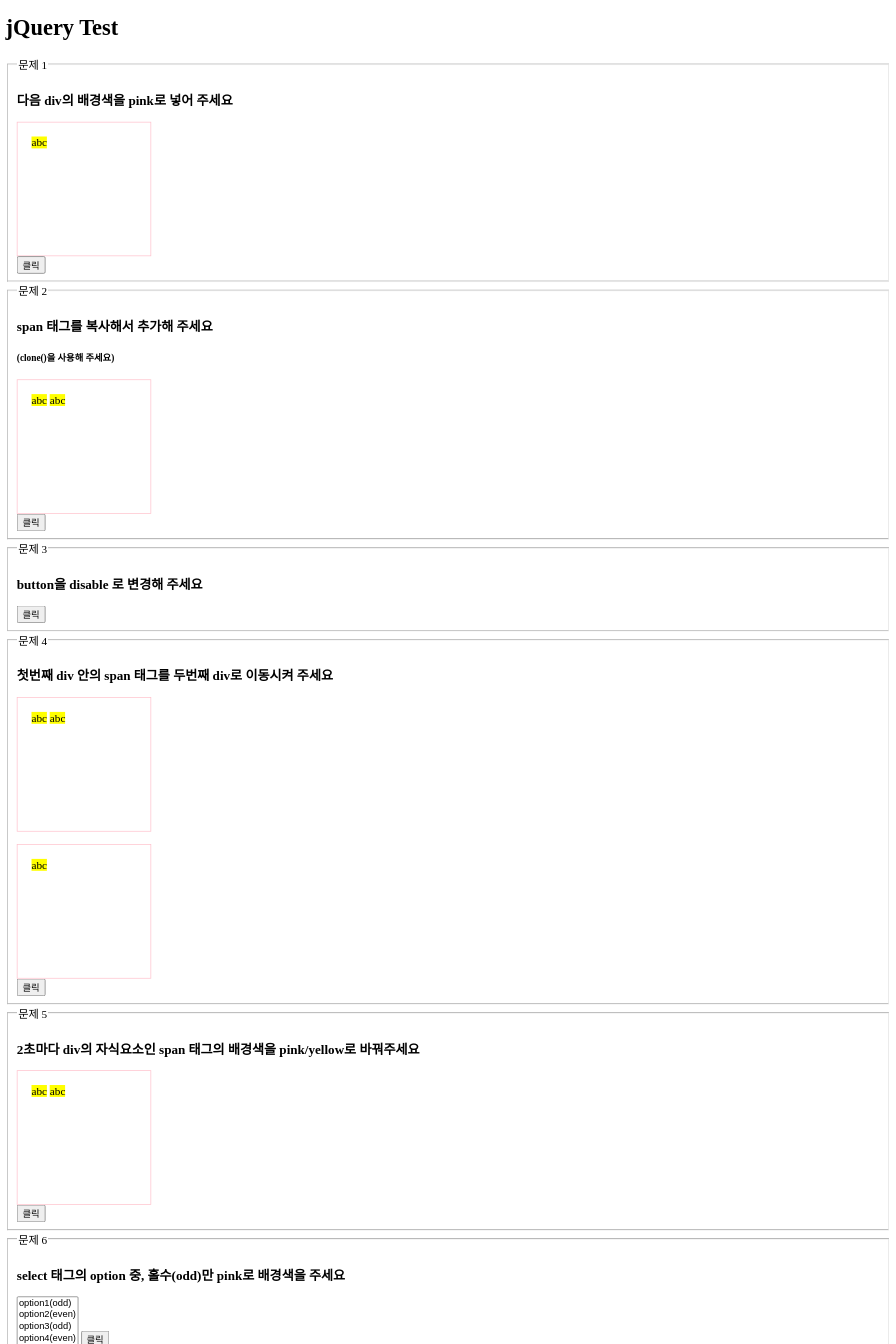
Repository: happyeon/Study_UI
Page: suyeon/WebContent/jqueryTest02.html
The author's editor kept a copy of each file at every save. The page is drawn from the files as they stood at one save, then again after the next save.
The browser window is 1280 px wide. The pictures show the part of the page from y = 0 to 1920 px (the page is 3082 px tall), at 70% of full size.
After loading, the first visible `button[onclick="test02();"]` was clicked once.
Some web libraries are served in a nearby version.

Above is the page before, as saved 2021-06-17 10:45:32.

After the next save:
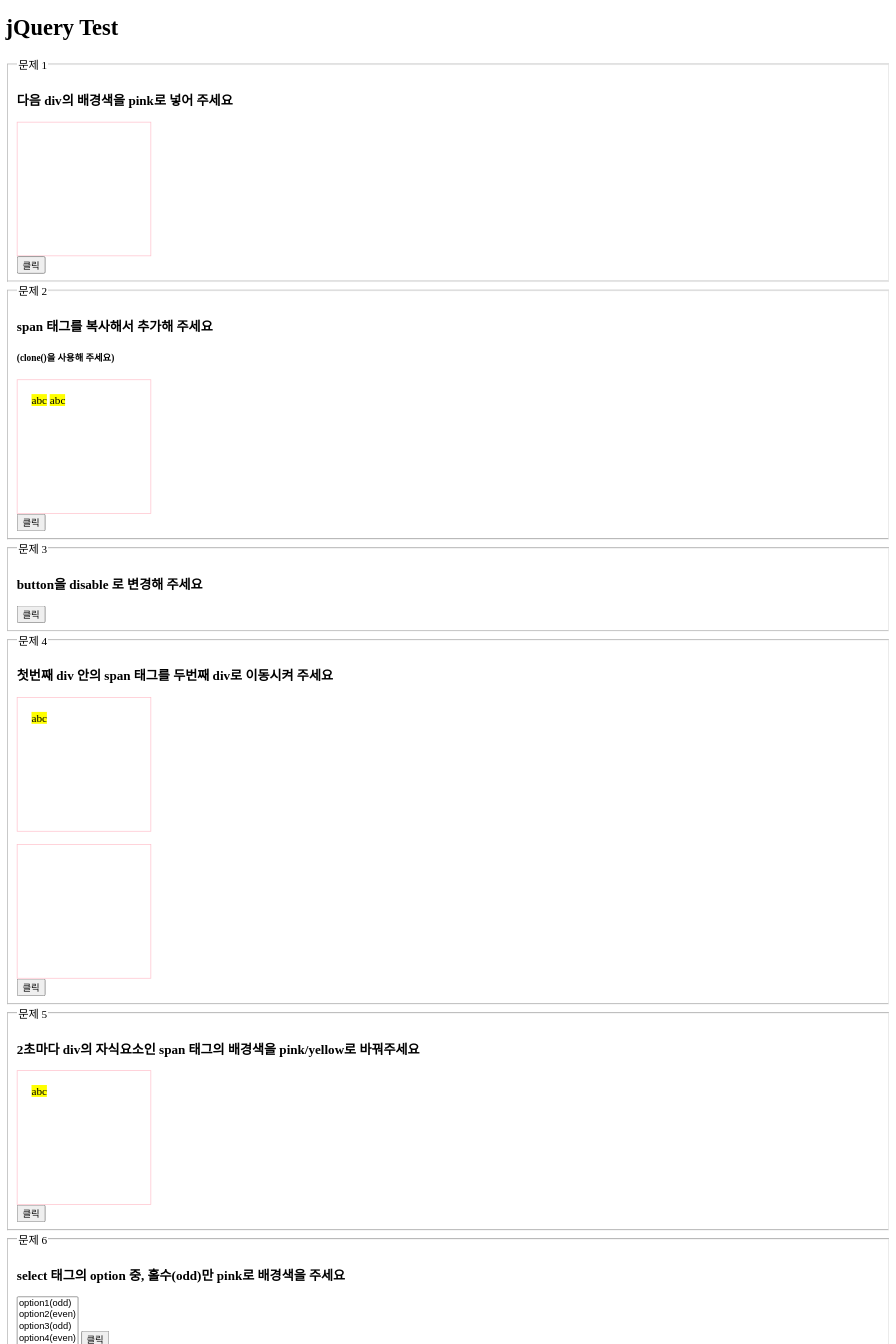
Saved 17 s later.
--- a/suyeon/WebContent/jqueryTest02.html
+++ b/suyeon/WebContent/jqueryTest02.html
@@ -46,7 +46,7 @@
 	}
 
 	function test02() {
-		$(".bgSpan:eq(0)").clone().appendTo($(".box"));
+		$(".bgSpan:eq(0)").clone().appendTo($(".box:eq(1)"));
 	}
 
 	function test03(){
